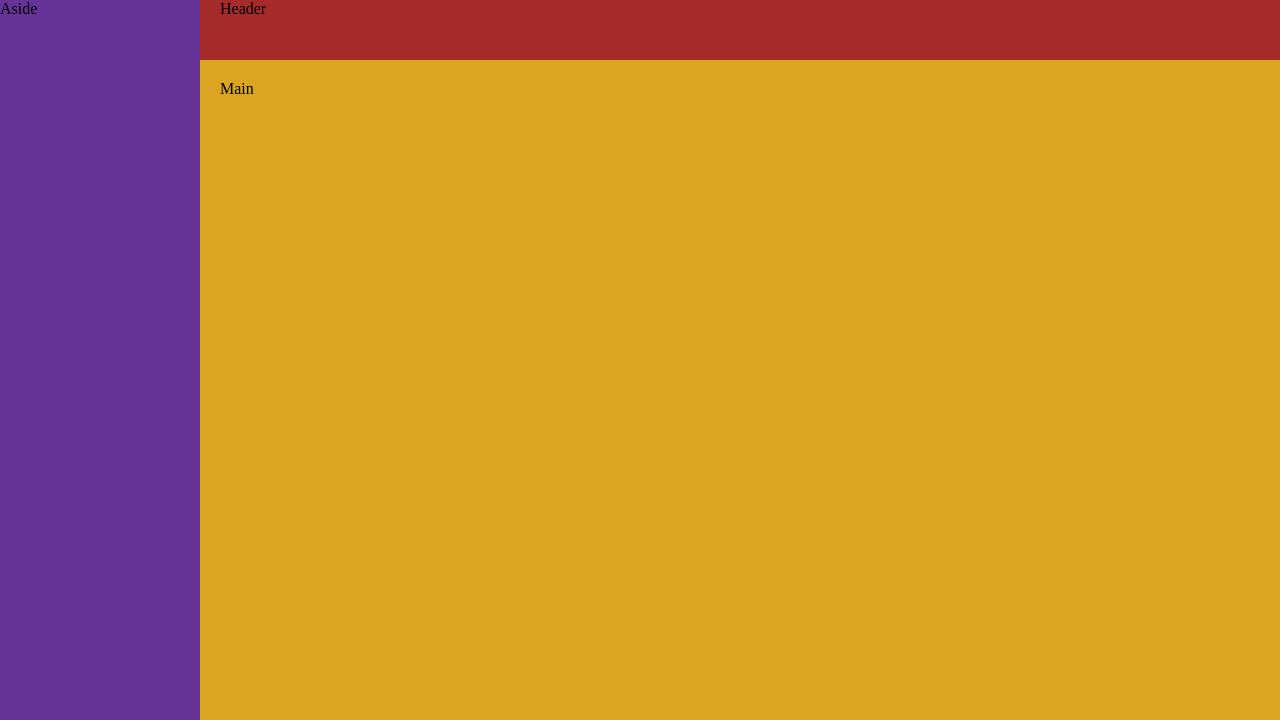
Repository: SanaatanX/Web-Engineering
Page: /home (app in 后台管理系统/team-admin/)
The author's editor kept a copy of each file at every save. The page is drawn from the files as they stood at one save, then again after the next save.
The browser window is 1280 px wide. The pictures show the whole page.
The project was rebuilt for these pictures with package versions that can differ from the ones it lists, and the page was loaded fresh each time. Also part of the build but not shown: 后台管理系统/team-admin/vite.config.ts.

Above is the page before, as saved 2025-05-14 20:56:05.

### 后台管理系统/team-admin/index.html
<!DOCTYPE html>
<html lang="en">
  <head>
    <meta charset="UTF-8" />
    <link rel="icon" href="/favicon.ico" />
    <meta name="viewport" content="width=device-width, initial-scale=1.0" />
    <title>Vite App</title>
  </head>
  <body>
    <div id="app"></div>
    <script type="module" src="/src/main.ts"></script>
  </body>
</html>
<style>
  html,body,#app{
    padding: 0px;
    margin: 0px;
    height: 100%;
  }
</style>

### 后台管理系统/team-admin/src/main.ts
import { createApp } from 'vue'
import router from './router/index'
//引入element plus
import ElementPlus from 'element-plus'
import 'element-plus/dist/index.css'
import * as ElementPlusIconsVue from '@element-plus/icons-vue'
//记得注释
// import './style.css'
import App from './App.vue'
//引入Pinia构造函数
import { createPinia } from 'pinia'
// 实例化 Pinia
const pinia = createPinia()
// createApp(App).mount('#app')
const app = createApp(App);
app.use(ElementPlus).use(router).use(pinia).mount('#app')
//全局注册图标组件
for (const [key, component] of Object.entries(ElementPlusIconsVue)) {
    app.component(key, component)
}

### 后台管理系统/team-admin/src/router/index.ts
import { createRouter, createWebHistory, RouteRecordRaw } from 'vue-router'
import Layout from '@/layout/index.vue'

const routes: Array<RouteRecordRaw> = [
  {
    path: '/home',
    name: 'home',
    component: Layout
  }
]

const router = createRouter({
  history: createWebHistory(),
  routes
})

export default router

### 后台管理系统/team-admin/src/App.vue
<template>
  <router-view/>
</template>

<style lang="scss">
</style>

### 后台管理系统/team-admin/src/layout/index.vue
<template>
  <el-container class="mycontainer">
    <el-aside class="myaside" width="200px">Aside</el-aside>
    <el-container>
      <el-header class="myheader">Header</el-header>
      <el-main class="mymain">Main</el-main>
    </el-container>
  </el-container>
</template>

<script setup lang="ts"></script>

<style scoped lang="scss">
.mycontainer{
    height: 100%;
    .myaside{
        background-color: rebeccapurple;
    }
    .myheader{
        background-color: brown;
    }
    .mymain{
        background-color: goldenrod;
    }
}
</style>

### 后台管理系统/team-admin/src/layout/Menu.vue
<template>
  <MenuLogo></MenuLogo>
  <el-menu
    default-active="1"
    class="el-menu-vertical-demo"
    :collapse="isCollapse"
    @open="handleOpen"
    @close="handleClose"
    active-text-color="#f07810"
    background-color="#0e1f37"
  >
  <el-menu-item index="0">
      <el-icon><House /></el-icon>
      <template #title>首页</template>
    </el-menu-item>
    <el-menu-item index="1">
      <el-icon><Avatar /></el-icon>
      <template #title>用户管理</template>
    </el-menu-item>
    <el-menu-item index="2">
      <el-icon><Menu /></el-icon>
      <template #title>菜单管理</template>
    </el-menu-item>
    <el-menu-item index="3">
      <el-icon><Operation /></el-icon>
      <template #title>社团分类</template>
    </el-menu-item>
    <el-menu-item index="4">
      <el-icon><Histogram /></el-icon>
      <template #title>社团管理</template>
    </el-menu-item>
    <el-menu-item index="5">
      <el-icon><UserFilled /></el-icon>
      <template #title>团员管理</template>
    </el-menu-item>
    <el-menu-item index="6">
      <el-icon><Postcard /></el-icon>
      <template #title>活动管理</template>
    </el-menu-item>
    <el-menu-item index="7">
      <el-icon><setting /></el-icon>
      <template #title>新闻管理</template>
    </el-menu-item>
  </el-menu>
</template>

<script setup lang="ts">
import { ref } from "vue";
import MenuLogo from "./MenuLogo.vue";
const isCollapse = ref(false);
const handleOpen = (key: string, keyPath: string[]) => {
  console.log(key, keyPath);
};
const handleClose = (key: string, keyPath: string[]) => {
  console.log(key, keyPath);
};
</script>

<style scoped>
.el-menu-vertical-demo:not(.el-menu--collapse) {
  width: 230px;
  min-height: 400px;
}
.el-menu {
  border-right: none;
}
.el-menu .el-menu-item {
  color: #bfcbd9;
  font-size: 15px;
  font-weight: bold;
}
.el-menu-item.is-active {
  color: #f07810 !important;
  background-color: #1f2d3d !important;
}
/* 鼠标移动菜单的颜色 */

:deep(.el-menu-item:hover) {
  background-color: #001528 !important;
}
</style>

### 后台管理系统/team-admin/src/layout/MenuLogo.vue
<template>
    <div class="mylogo">
        社团管理系统
    </div>
</template>

<script setup lang="ts">

</script>

<style scoped lang="scss">
.mylogo{
    height: 60px;
    background-color: #0f2542;
    color: #FFF;
    display: flex;
    align-items: center;
}
</style>

After the next save:
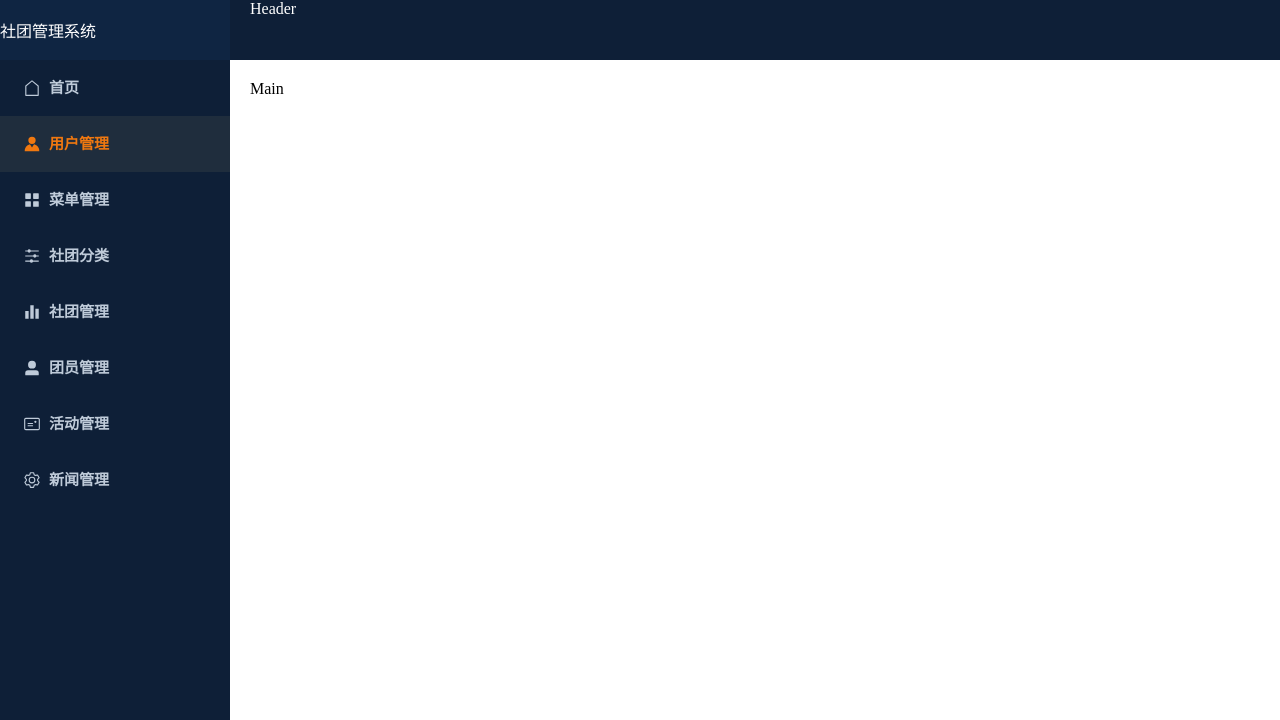
Saved 14 s later.
--- a/后台管理系统/team-admin/src/layout/index.vue
+++ b/后台管理系统/team-admin/src/layout/index.vue
@@ -1,6 +1,8 @@
 <template>
   <el-container class="mycontainer">
-    <el-aside class="myaside" width="200px">Aside</el-aside>
+    <el-aside class="myaside" width="230px">
+      <Menu></Menu>
+    </el-aside>
     <el-container>
       <el-header class="myheader">Header</el-header>
       <el-main class="mymain">Main</el-main>
@@ -8,19 +10,22 @@
   </el-container>
 </template>
 
-<script setup lang="ts"></script>
+<script setup lang="ts">
+import Menu from './Menu.vue';
+</script>
 
 <style scoped lang="scss">
 .mycontainer{
     height: 100%;
     .myaside{
-        background-color: rebeccapurple;
+      background-color: #0e1f37;
     }
     .myheader{
-        background-color: brown;
+      background-color: #0e1f37;
+      color: #FFF;
     }
     .mymain{
-        background-color: goldenrod;
+        // background-color: goldenrod;
     }
 }
 </style>
